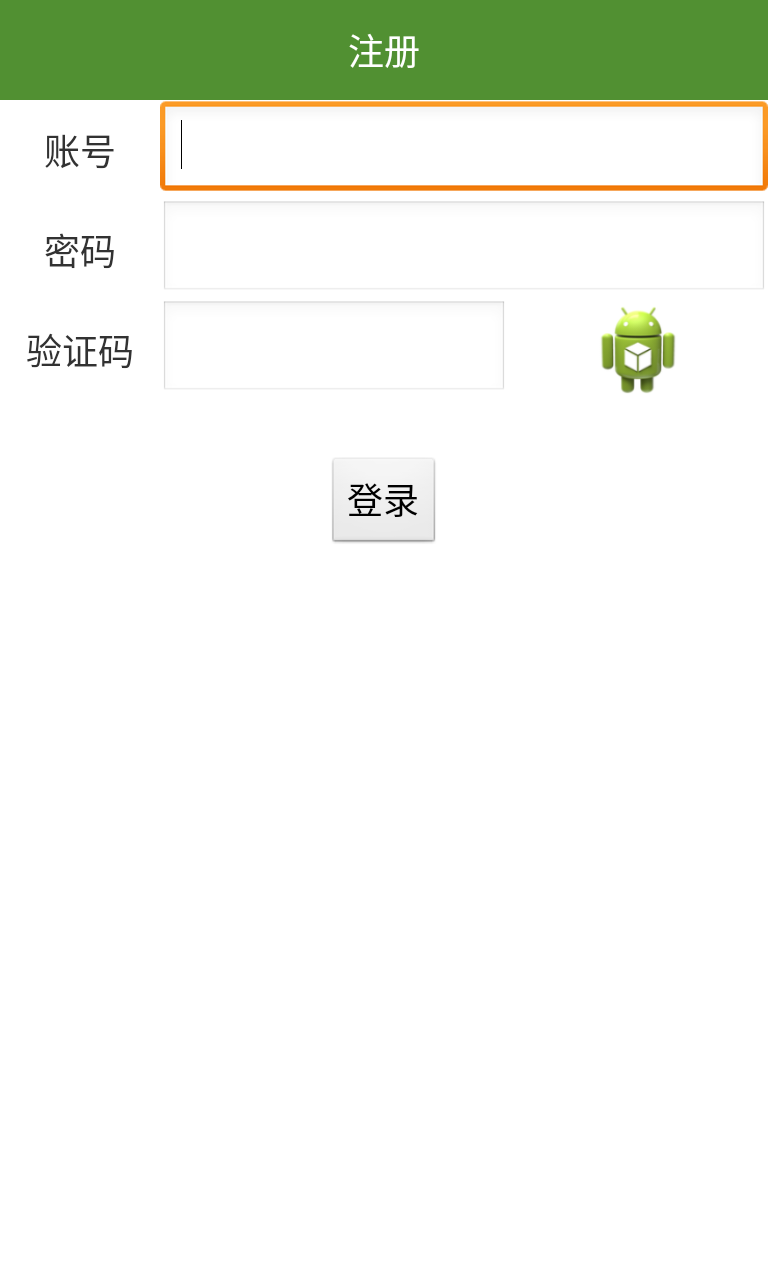
Repository: xuelang201201/Android
Layout: Android网络/android_day03_ems/res/layout/activity_register.xml
The author's editor kept a copy of each file at every save. The layout is drawn from the files as they stood at one save, then again after the next save.
It is drawn on a 768 x 1280 px phone screen (xhdpi) without system bars, with theme android:Theme.Light.NoTitleBar; the app's code is not run.

Above is the layout before, as saved 2016-03-03 10:03:47.

### Android网络/android_day03_ems/res/layout/activity_register.xml
<RelativeLayout xmlns:android="http://schemas.android.com/apk/res/android"
    xmlns:tools="http://schemas.android.com/tools"
    android:layout_width="match_parent"
    android:layout_height="match_parent"
    tools:context=".AddEmpActivity" >

    <TextView
        android:id="@+id/tv_add_emp_title"
        android:layout_width="match_parent"
        android:layout_height="50dp"
        android:background="#519032"
        android:gravity="center"
        android:text="注册"
        android:textColor="#ffffff"
        android:textSize="18sp" />

    <TextView
        android:id="@+id/tv_login_emp_username"
        android:layout_width="80dp"
        android:layout_height="50dp"
        android:layout_alignParentLeft="true"
        android:layout_below="@+id/tv_add_emp_title"
        android:gravity="center"
        android:text="账号"
        android:textSize="18sp" />

    <EditText
        android:id="@+id/et_login_emp_username"
        android:layout_width="wrap_content"
        android:layout_height="wrap_content"
        android:layout_alignBottom="@+id/tv_login_emp_username"
        android:layout_alignParentRight="true"
        android:layout_below="@+id/tv_add_emp_title"
        android:layout_toRightOf="@+id/tv_login_emp_username"
        android:ems="10"
        android:inputType="textPersonName"
        android:singleLine="true" >

        <requestFocus />
    </EditText>

    <TextView
        android:id="@+id/tv_login_emp_pwd"
        android:layout_width="80dp"
        android:layout_height="50dp"
        android:layout_below="@+id/tv_login_emp_username"
        android:gravity="center"
        android:text="密码"
        android:textSize="18sp" />

    <TextView
        android:id="@+id/tv_login_emp_code"
        android:layout_width="80dp"
        android:layout_height="50dp"
        android:layout_below="@+id/tv_login_emp_pwd"
        android:layout_toLeftOf="@+id/et_login_emp_pwd"
        android:gravity="center"
        android:text="验证码"
        android:textSize="18sp" />

    <EditText
        android:id="@+id/et_login_emp_code"
        android:layout_width="wrap_content"
        android:layout_height="wrap_content"
        android:layout_alignBottom="@+id/tv_login_emp_code"
        android:layout_alignTop="@+id/tv_login_emp_code"
        android:layout_toLeftOf="@+id/iv_login_emp_code"
        android:layout_toRightOf="@+id/tv_login_emp_code"
        android:ems="10"
        android:singleLine="true" />

    <EditText
        android:id="@+id/et_login_emp_pwd"
        android:layout_width="wrap_content"
        android:layout_height="wrap_content"
        android:layout_alignBottom="@+id/tv_login_emp_pwd"
        android:layout_alignParentRight="true"
        android:layout_alignTop="@+id/tv_login_emp_pwd"
        android:layout_toRightOf="@+id/tv_login_emp_pwd"
        android:ems="10"
        android:inputType="textPassword"
        android:singleLine="true" />

    <RadioGroup
        android:id="@+id/rg_add_emp_gender"
        android:layout_width="wrap_content"
        android:layout_height="wrap_content"
        android:layout_below="@+id/tv_login_emp_code"
        android:layout_toRightOf="@+id/tv_login_emp_code"
        android:orientation="horizontal" >
    </RadioGroup>

    <Button
        android:id="@+id/btn_login_emp"
        android:layout_width="wrap_content"
        android:layout_height="wrap_content"
        android:layout_alignTop="@+id/rg_add_emp_gender"
        android:layout_centerHorizontal="true"
        android:layout_marginTop="28dp"
        android:onClick="doClick"
        android:text="登录"
        android:textSize="18sp" />

    <ImageView
        android:id="@+id/iv_login_emp_code"
        android:layout_width="130dp"
        android:layout_height="50dp"
        android:layout_alignParentRight="true"
        android:layout_below="@+id/et_login_emp_pwd"
        android:onClick="doClick"
        android:src="@drawable/ic_launcher" />

</RelativeLayout>

After the next save:
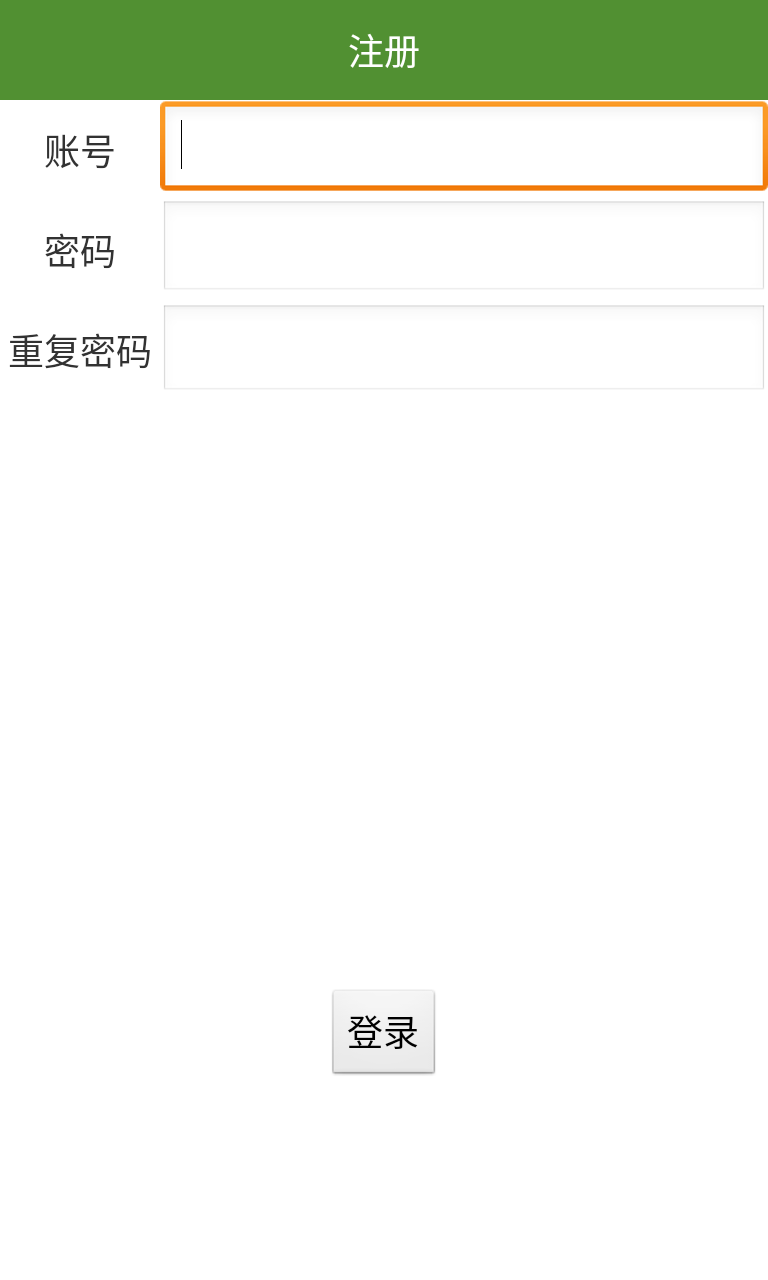
Saved 67 s later.
--- a/Android网络/android_day03_ems/res/layout/activity_register.xml
+++ b/Android网络/android_day03_ems/res/layout/activity_register.xml
@@ -55,19 +55,8 @@
         android:layout_below="@+id/tv_login_emp_pwd"
         android:layout_toLeftOf="@+id/et_login_emp_pwd"
         android:gravity="center"
-        android:text="验证码"
+        android:text="重复密码"
         android:textSize="18sp" />
-
-    <EditText
-        android:id="@+id/et_login_emp_code"
-        android:layout_width="wrap_content"
-        android:layout_height="wrap_content"
-        android:layout_alignBottom="@+id/tv_login_emp_code"
-        android:layout_alignTop="@+id/tv_login_emp_code"
-        android:layout_toLeftOf="@+id/iv_login_emp_code"
-        android:layout_toRightOf="@+id/tv_login_emp_code"
-        android:ems="10"
-        android:singleLine="true" />
 
     <EditText
         android:id="@+id/et_login_emp_pwd"
@@ -90,24 +79,26 @@
         android:orientation="horizontal" >
     </RadioGroup>
 
+    <EditText
+        android:id="@+id/EditText01"
+        android:layout_width="wrap_content"
+        android:layout_height="wrap_content"
+        android:layout_above="@+id/rg_add_emp_gender"
+        android:layout_alignLeft="@+id/rg_add_emp_gender"
+        android:layout_alignParentRight="true"
+        android:ems="10"
+        android:inputType="textPassword"
+        android:singleLine="true" />
+
     <Button
         android:id="@+id/btn_login_emp"
         android:layout_width="wrap_content"
         android:layout_height="wrap_content"
-        android:layout_alignTop="@+id/rg_add_emp_gender"
+        android:layout_alignParentBottom="true"
         android:layout_centerHorizontal="true"
-        android:layout_marginTop="28dp"
+        android:layout_marginBottom="98dp"
         android:onClick="doClick"
         android:text="登录"
         android:textSize="18sp" />
 
-    <ImageView
-        android:id="@+id/iv_login_emp_code"
-        android:layout_width="130dp"
-        android:layout_height="50dp"
-        android:layout_alignParentRight="true"
-        android:layout_below="@+id/et_login_emp_pwd"
-        android:onClick="doClick"
-        android:src="@drawable/ic_launcher" />
-
 </RelativeLayout>
